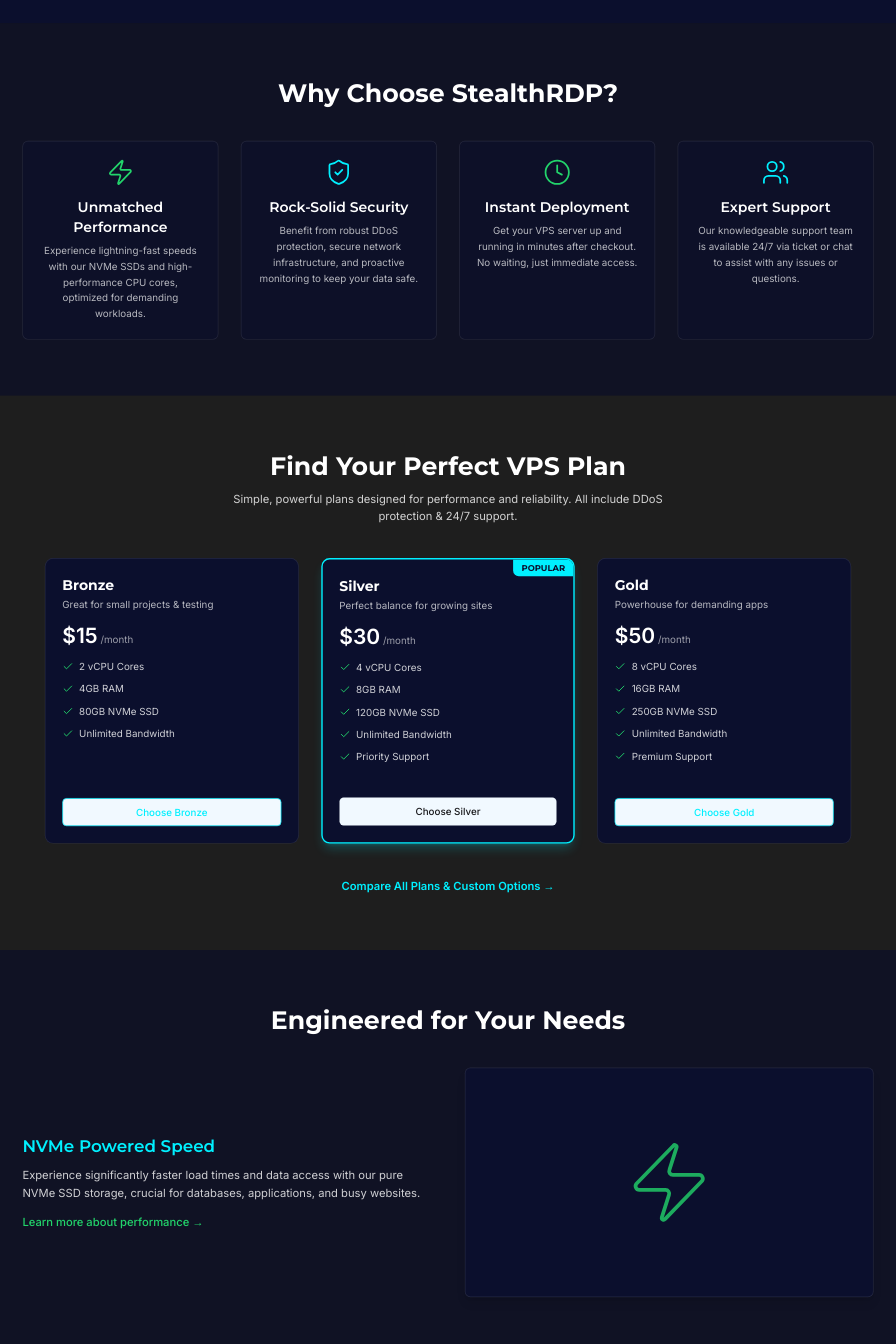
Repository: Husnainn01/stealthrdp2
Page: /
These files come from the project's save history. The page is drawn as it stood at one moment and after the next save; the edit follows.
The browser window is 1280 px wide. The pictures show the part of the page from y = 643 to 2563 px (the page is 4176 px tall), at 70% of full size.
The project was rebuilt for these pictures with package versions that can differ from the ones it lists, and the page was loaded fresh each time. Also part of the build but not shown: vite.config.ts, src/components/ui/tooltip.tsx, src/components/ui/accordion.tsx, src/pages/FAQ.tsx, src/components/ui/card.tsx, src/components/ui/tabs.tsx, src/pages/Plans.tsx, src/pages/Features.tsx and 1 more.

Above is the page before, as saved 2025-05-05 23:20:19.

### index.html
<!DOCTYPE html>
<html lang="en">
  <head>
    <meta charset="UTF-8" />
    <meta name="viewport" content="width=device-width, initial-scale=1.0" />
    <title>stealth-digital-revamp</title>
    <meta name="description" content="Lovable Generated Project" />
    <meta name="author" content="Lovable" />

    <meta property="og:title" content="stealth-digital-revamp" />
    <meta property="og:description" content="Lovable Generated Project" />
    <meta property="og:type" content="website" />
    <meta property="og:image" content="https://lovable.dev/opengraph-image-p98pqg.png" />

    <meta name="twitter:card" content="summary_large_image" />
    <meta name="twitter:site" content="@lovable_dev" />
    <meta name="twitter:image" content="https://lovable.dev/opengraph-image-p98pqg.png" />
  </head>

  <body>
    <div id="root"></div>
    <!-- IMPORTANT: DO NOT REMOVE THIS SCRIPT TAG OR THIS VERY COMMENT! -->
    <script src="https://cdn.gpteng.co/gptengineer.js" type="module"></script>
    <script type="module" src="/src/main.tsx"></script>

    <!--Start of Tawk.to Script-->
    <script type="text/javascript">
    var Tawk_API=Tawk_API||{}, Tawk_LoadStart=new Date();
    (function(){
    var s1=document.createElement("script"),s0=document.getElementsByTagName("script")[0];
    s1.async=true;
    s1.src='https://embed.tawk.to/67aadec4825083258e1318e0/1ijpnccj4';
    s1.charset='UTF-8';
    s1.setAttribute('crossorigin','*');
    s0.parentNode.insertBefore(s1,s0);
    })();
    </script>
    <!--End of Tawk.to Script-->
  </body>
</html>

### src/components/ui/toaster.tsx
import { useToast } from "@/hooks/use-toast"
import {
  Toast,
  ToastClose,
  ToastDescription,
  ToastProvider,
  ToastTitle,
  ToastViewport,
} from "@/components/ui/toast"

export function Toaster() {
  const { toasts } = useToast()

  return (
    <ToastProvider>
      {toasts.map(function ({ id, title, description, action, ...props }) {
        return (
          <Toast key={id} {...props}>
            <div className="grid gap-1">
              {title && <ToastTitle>{title}</ToastTitle>}
              {description && (
                <ToastDescription>{description}</ToastDescription>
              )}
            </div>
            {action}
            <ToastClose />
          </Toast>
        )
      })}
      <ToastViewport />
    </ToastProvider>
  )
}

### src/components/ui/sonner.tsx
import { useTheme } from "next-themes"
import { Toaster as Sonner, toast } from "sonner"

type ToasterProps = React.ComponentProps<typeof Sonner>

const Toaster = ({ ...props }: ToasterProps) => {
  const { theme = "system" } = useTheme()

  return (
    <Sonner
      theme={theme as ToasterProps["theme"]}
      className="toaster group"
      toastOptions={{
        classNames: {
          toast:
            "group toast group-[.toaster]:bg-background group-[.toaster]:text-foreground group-[.toaster]:border-border group-[.toaster]:shadow-lg",
          description: "group-[.toast]:text-muted-foreground",
          actionButton:
            "group-[.toast]:bg-primary group-[.toast]:text-primary-foreground",
          cancelButton:
            "group-[.toast]:bg-muted group-[.toast]:text-muted-foreground",
        },
      }}
      {...props}
    />
  )
}

export { Toaster, toast }

### src/components/ScrollToTop.tsx
import { useEffect } from 'react';
import { useLocation } from 'react-router-dom';

// This component scrolls to the top of the page when the route changes
const ScrollToTop = () => {
  const { pathname } = useLocation();

  useEffect(() => {
    // Scroll to top with smooth behavior
    window.scrollTo({
      top: 0,
      left: 0,
      behavior: 'smooth'
    });
  }, [pathname]);

  return null; // This component doesn't render anything
};

export default ScrollToTop;

### src/pages/Index.tsx
import React from 'react';
import { Link } from 'react-router-dom';
import Layout from '@/components/Layout';
import { Button } from '@/components/ui/button';
import { Check, Zap, ShieldCheck, Clock, Users } from 'lucide-react';

const Index = () => {
  return (
    <Layout>
      {/* 1. Hero Section */}
      <section className="pt-24 pb-16 md:pt-32 md:pb-24 relative overflow-hidden bg-gradient-to-b from-charcoal to-midnight">
        <div className="absolute inset-0 z-0 opacity-30 bg-[radial-gradient(#22D46B1A_1px,transparent_1px)] [background-size:24px_24px]"></div>
        <div className="container relative z-10">
          <div className="max-w-4xl mx-auto text-center">
            <h1 className="text-4xl md:text-5xl lg:text-6xl font-bold font-montserrat mb-6 text-electric fade-in">
              Blazing-Fast & Secure VPS Hosting
            </h1>
            <p className="text-white/80 text-lg md:text-xl mb-8 fade-in" style={{ animationDelay: '0.2s' }}>
              Get instant server deployment, NVMe SSD speed, robust DDoS protection, and expert 24/7 support.
            </p>
            <div className="flex flex-col sm:flex-row justify-center gap-4 mb-6 fade-in" style={{ animationDelay: '0.4s' }}>
              <Button asChild size="lg" className="bg-cyber text-midnight hover:bg-cyber/90 font-bold uppercase text-base px-8 py-3">
                <Link to="/plans">Deploy Your Server Now</Link>
              </Button>
              <Button asChild variant="outline" size="lg" className="border-electric text-electric hover:bg-electric/10 text-base px-8 py-3">
                <Link to="/plans">Compare Plans</Link>
              </Button>
            </div>
            {/* Trust Signals */}
            <div className="flex justify-center items-center gap-4 md:gap-6 text-white/60 text-sm fade-in" style={{ animationDelay: '0.6s' }}>
              <span className="flex items-center gap-1.5"><Check size={16} /> Instant Setup</span>
              <span className="flex items-center gap-1.5"><ShieldCheck size={16} /> 99.9% Uptime</span>
              <span className="flex items-center gap-1.5"><Users size={16} /> 24/7 Support</span>
            </div>
          </div>
        </div>
      </section>

      {/* 2. Trust/Client Logo Bar */}
      <section className="py-8 bg-midnight">
        <div className="container">
          <p className="text-center text-white/50 text-sm font-montserrat uppercase tracking-wider mb-6">Powering Businesses Worldwide</p>
          <div className="grid grid-cols-3 md:grid-cols-6 gap-8 items-center max-w-4xl mx-auto">
            {[1, 2, 3, 4, 5, 6].map((i) => (
              <div key={i} className="flex justify-center">
                <span className="font-montserrat text-white/50 text-sm md:text-base opacity-70 hover:opacity-100 transition-opacity">
                  Client {i}
                </span>
              </div>
            ))}
          </div>
        </div>
      </section>

      {/* 3. Key Differentiators/Why Us? */}
      <section className="bg-charcoal py-16 md:py-20">
        <div className="container">
          <h2 className="text-3xl md:text-4xl font-bold font-montserrat text-center mb-12 text-white">
            Why Choose StealthRDP?
          </h2>
          <div className="grid grid-cols-1 md:grid-cols-2 lg:grid-cols-4 gap-8">
            {/* Feature 1: Performance */}
            <div className="text-center p-6 rounded-lg bg-midnight/50 border border-white/10 card-hover">
              <Zap className="h-10 w-10 text-cyber mx-auto mb-4" strokeWidth={1.5} />
              <h3 className="text-xl font-semibold font-montserrat text-white mb-2">Unmatched Performance</h3>
              <p className="text-white/70 text-sm leading-relaxed">
                Experience lightning-fast speeds with our NVMe SSDs and high-performance CPU cores, optimized for demanding workloads.
              </p>
            </div>
            {/* Feature 2: Security */}
            <div className="text-center p-6 rounded-lg bg-midnight/50 border border-white/10 card-hover">
              <ShieldCheck className="h-10 w-10 text-electric mx-auto mb-4" strokeWidth={1.5} />
              <h3 className="text-xl font-semibold font-montserrat text-white mb-2">Rock-Solid Security</h3>
              <p className="text-white/70 text-sm leading-relaxed">
                Benefit from robust DDoS protection, secure network infrastructure, and proactive monitoring to keep your data safe.
              </p>
            </div>
            {/* Feature 3: Deployment */}
            <div className="text-center p-6 rounded-lg bg-midnight/50 border border-white/10 card-hover">
              <Clock className="h-10 w-10 text-cyber mx-auto mb-4" strokeWidth={1.5} />
              <h3 className="text-xl font-semibold font-montserrat text-white mb-2">Instant Deployment</h3>
              <p className="text-white/70 text-sm leading-relaxed">
                Get your VPS server up and running in minutes after checkout. No waiting, just immediate access.
              </p>
            </div>
            {/* Feature 4: Support */}
            <div className="text-center p-6 rounded-lg bg-midnight/50 border border-white/10 card-hover">
              <Users className="h-10 w-10 text-electric mx-auto mb-4" strokeWidth={1.5} />
              <h3 className="text-xl font-semibold font-montserrat text-white mb-2">Expert Support</h3>
              <p className="text-white/70 text-sm leading-relaxed">
                Our knowledgeable support team is available 24/7 via ticket or chat to assist with any issues or questions.
              </p>
            </div>
          </div>
        </div>
      </section>

      {/* 4. Simplified Plans Preview */}
      <section className="py-16 md:py-20 bg-steel">
        <div className="container">
          <div className="text-center mb-12">
            <h2 className="text-3xl md:text-4xl font-bold font-montserrat mb-4 text-white">
              Find Your Perfect VPS Plan
            </h2>
            <p className="text-white/80 max-w-2xl mx-auto">
              Simple, powerful plans designed for performance and reliability. All include DDoS protection & 24/7 support.
            </p>
          </div>

          <div className="grid grid-cols-1 md:grid-cols-3 gap-8 max-w-6xl mx-auto">
            {/* Plan 1: Bronze */}
            <div className="bg-midnight border border-white/10 rounded-xl overflow-hidden card-hover flex flex-col">
              <div className="p-6 flex-grow">
                <h3 className="text-xl font-bold font-montserrat text-white mb-1">Bronze</h3>
                <p className="text-white/70 text-sm mb-4">Great for small projects & testing</p>
                <div className="flex items-baseline mb-4">
                  <span className="text-3xl font-bold text-white">$15</span>
                  <span className="text-white/60 ml-1 text-sm">/month</span>
                </div>
                <ul className="space-y-3 mb-6 text-sm">
                  <li className="flex items-center gap-2"><Check className="h-4 w-4 text-cyber flex-shrink-0" /><span className="text-white/80">2 vCPU Cores</span></li>
                  <li className="flex items-center gap-2"><Check className="h-4 w-4 text-cyber flex-shrink-0" /><span className="text-white/80">4GB RAM</span></li>
                  <li className="flex items-center gap-2"><Check className="h-4 w-4 text-cyber flex-shrink-0" /><span className="text-white/80">80GB NVMe SSD</span></li>
                  <li className="flex items-center gap-2"><Check className="h-4 w-4 text-cyber flex-shrink-0" /><span className="text-white/80">Unlimited Bandwidth</span></li>
                </ul>
              </div>
              <div className="p-6 pt-0">
                 <Button asChild className="w-full border border-electric text-electric hover:bg-electric/10 transition-colors">
                   <Link to="/plans?plan=bronze">Choose Bronze</Link>
                 </Button>
              </div>
            </div>

            {/* Plan 2: Silver (Popular) */}
            <div className="bg-midnight border-2 border-electric rounded-xl overflow-hidden relative card-hover shadow-lg shadow-electric/20 flex flex-col">
              <div className="absolute top-0 right-0 bg-electric text-midnight px-3 py-1 text-xs font-bold font-montserrat rounded-bl-lg z-10">
                POPULAR
              </div>
              <div className="p-6 flex-grow">
                <h3 className="text-xl font-bold font-montserrat text-white mb-1">Silver</h3>
                <p className="text-white/70 text-sm mb-4">Perfect balance for growing sites</p>
                <div className="flex items-baseline mb-4">
                  <span className="text-3xl font-bold text-white">$30</span>
                  <span className="text-white/60 ml-1 text-sm">/month</span>
                </div>
                <ul className="space-y-3 mb-6 text-sm">
                  <li className="flex items-center gap-2"><Check className="h-4 w-4 text-cyber flex-shrink-0" /><span className="text-white/80">4 vCPU Cores</span></li>
                  <li className="flex items-center gap-2"><Check className="h-4 w-4 text-cyber flex-shrink-0" /><span className="text-white/80">8GB RAM</span></li>
                  <li className="flex items-center gap-2"><Check className="h-4 w-4 text-cyber flex-shrink-0" /><span className="text-white/80">120GB NVMe SSD</span></li>
                  <li className="flex items-center gap-2"><Check className="h-4 w-4 text-cyber flex-shrink-0" /><span className="text-white/80">Unlimited Bandwidth</span></li>
                  <li className="flex items-center gap-2"><Check className="h-4 w-4 text-cyber flex-shrink-0" /><span className="text-white/80">Priority Support</span></li>
                </ul>
              </div>
              <div className="p-6 pt-0">
                 <Button asChild className="w-full btn-electric">
                   <Link to="/plans?plan=silver">Choose Silver</Link>
                 </Button>
              </div>
            </div>

            {/* Plan 3: Gold */}
            <div className="bg-midnight border border-white/10 rounded-xl overflow-hidden card-hover flex flex-col">
              <div className="p-6 flex-grow">
                <h3 className="text-xl font-bold font-montserrat text-white mb-1">Gold</h3>
                <p className="text-white/70 text-sm mb-4">Powerhouse for demanding apps</p>
                <div className="flex items-baseline mb-4">
                  <span className="text-3xl font-bold text-white">$50</span>
                  <span className="text-white/60 ml-1 text-sm">/month</span>
                </div>
                <ul className="space-y-3 mb-6 text-sm">
                  <li className="flex items-center gap-2"><Check className="h-4 w-4 text-cyber flex-shrink-0" /><span className="text-white/80">8 vCPU Cores</span></li>
                  <li className="flex items-center gap-2"><Check className="h-4 w-4 text-cyber flex-shrink-0" /><span className="text-white/80">16GB RAM</span></li>
                  <li className="flex items-center gap-2"><Check className="h-4 w-4 text-cyber flex-shrink-0" /><span className="text-white/80">250GB NVMe SSD</span></li>
                  <li className="flex items-center gap-2"><Check className="h-4 w-4 text-cyber flex-shrink-0" /><span className="text-white/80">Unlimited Bandwidth</span></li>
                  <li className="flex items-center gap-2"><Check className="h-4 w-4 text-cyber flex-shrink-0" /><span className="text-white/80">Premium Support</span></li>
                </ul>
              </div>
              <div className="p-6 pt-0">
                 <Button asChild className="w-full border border-electric text-electric hover:bg-electric/10 transition-colors">
                   <Link to="/plans?plan=gold">Choose Gold</Link>
                 </Button>
              </div>
            </div>
          </div>

          <div className="text-center mt-12">
            <Link to="/plans" className="text-electric hover:underline font-semibold">
              Compare All Plans & Custom Options →
            </Link>
          </div>
        </div>
      </section>

      {/* NEW: Detailed Features / Use Cases Section */}
      <section className="py-16 md:py-20 bg-charcoal">
        <div className="container">
          <h2 className="text-3xl md:text-4xl font-bold font-montserrat text-center mb-12 text-white">
            Engineered for Your Needs
          </h2>

          {/* Feature Row 1: Performance */}
          <div className="grid grid-cols-1 md:grid-cols-2 gap-12 items-center mb-16 md:mb-24">
            <div className="md:order-2 flex justify-center items-center p-8 bg-midnight rounded-lg aspect-video border border-white/10 shadow-lg">
              <Zap className="h-24 w-24 md:h-32 md:w-32 text-cyber opacity-80" strokeWidth={1} />
            </div>
            <div className="md:order-1">
              <h3 className="text-2xl font-semibold font-montserrat text-electric mb-3">NVMe Powered Speed</h3>
              <p className="text-white/80 leading-relaxed mb-4">
                Experience significantly faster load times and data access with our pure NVMe SSD storage, crucial for databases, applications, and busy websites.
              </p>
              <Link to="/features#performance" className="text-cyber font-medium hover:underline">Learn more about performance →</Link>
            </div>
          </div>

          {/* Feature Row 2: Security */}
          <div className="grid grid-cols-1 md:grid-cols-2 gap-12 items-center">
            <div className="flex justify-center items-center p-8 bg-midnight rounded-lg aspect-video border border-white/10 shadow-lg">
              <ShieldCheck className="h-24 w-24 md:h-32 md:w-32 text-electric opacity-80" strokeWidth={1} />
            </div>
            <div>
              <h3 className="text-2xl font-semibold font-montserrat text-electric mb-3">Advanced DDoS Mitigation</h3>
              <p className="text-white/80 leading-relaxed mb-4">
                Our multi-layered DDoS protection safeguards your server from attacks, ensuring high availability and uninterrupted service for your critical applications.
              </p>
              <Link to="/features#security" className="text-cyber font-medium hover:underline">Explore security features →</Link>
            </div>
          </div>

        </div>
      </section>

      {/* 5. Social Proof (Testimonial) */}
      <section className="py-16 md:py-20 bg-midnight">
         <div className="container">
           <div className="bg-charcoal rounded-lg p-8 md:p-12 max-w-4xl mx-auto text-center shadow-xl border border-white/10">
             <svg xmlns="http://www.w3.org/2000/svg" className="h-10 w-10 text-electric mx-auto mb-5" fill="none" viewBox="0 0 24 24" stroke="currentColor" strokeWidth={1.5}>
               <path strokeLinecap="round" strokeLinejoin="round" d="M7.5 8.25h9m-9 3H12m-9.75 1.51c0 1.6 1.123 2.994 2.707 3.227 1.129.166 2.27.293 3.423.379.35.026.67.21.865.501L12 21l2.755-2.13a1.14 1.14 0 01.865-.501 48.172 48.172 0 003.423-.379c1.584-.233 2.707-1.626 2.707-3.228V6.741c0-1.602-1.123-2.995-2.707-3.228A48.394 48.394 0 0012 3c-2.392 0-4.744.175-7.043.513C3.373 3.746 2.25 5.14 2.25 6.741v6.018z" />
             </svg>
             <p className="text-xl md:text-2xl text-white/90 italic leading-relaxed mb-6">
               "Switching to StealthRDP cut our application load times in half. The performance is outstanding, and their support team resolved a complex issue for us within minutes. Highly recommended!"
             </p>
             <p className="font-semibold text-white font-montserrat text-lg">
               - Alex Johnson, Infrastructure Lead at Innovate Solutions
             </p>
           </div>
         </div>
       </section>

      {/* 7. Final Call to Action */}
      <section className="py-16 md:py-20 bg-gradient-to-t from-charcoal to-midnight">
        <div className="container">
          <div className="max-w-3xl mx-auto text-center">
            <h2 className="text-3xl md:text-4xl font-bold font-montserrat mb-4 text-electric">
              Ready for Reliable, High-Performance VPS?
            </h2>
            <p className="text-white/80 text-lg mb-8 max-w-2xl mx-auto">
              Stop worrying about downtime and performance. Deploy your secure StealthRDP server today and experience the difference.
            </p>
            <div className="flex flex-col sm:flex-row justify-center gap-4">
              <Button asChild size="lg" className="bg-cyber text-midnight hover:bg-cyber/90 font-bold uppercase text-base px-8 py-3">
                <Link to="/plans">Deploy Your Server Now</Link>
              </Button>
              <Button asChild variant="outline" size="lg" className="border-electric text-electric hover:bg-electric/10 text-base px-8 py-3">
                 <a href="https://stealthrdp.com/dash/submitticket.php" target="_blank" rel="noopener noreferrer">Contact Support</a>
              </Button>
            </div>
          </div>
        </div>
      </section>
    </Layout>
  );
};

export default Index;

### src/components/Layout.tsx

import React from 'react';
import Navbar from './Navbar';
import Footer from './Footer';

interface LayoutProps {
  children: React.ReactNode;
}

const Layout: React.FC<LayoutProps> = ({ children }) => {
  return (
    <div className="flex flex-col min-h-screen">
      <Navbar />
      <main className="flex-grow">{children}</main>
      <Footer />
    </div>
  );
};

export default Layout;

### src/components/ui/button.tsx
import * as React from "react"
import { Slot } from "@radix-ui/react-slot"
import { cn } from "@/lib/utils"
import { buttonVariants, type ButtonProps } from "@/lib/ui-utils/button-variants"

const Button = React.forwardRef<HTMLButtonElement, ButtonProps>(
  ({ className, variant, size, asChild = false, ...props }, ref) => {
    const Comp = asChild ? Slot : "button"
    return (
      <Comp
        className={cn(buttonVariants({ variant, size, className }))}
        ref={ref}
        {...props}
      />
    )
  }
)
Button.displayName = "Button"

export { Button }

Loaded but not shown: src/main.tsx (common file); src/hooks/use-toast.ts (common file); src/lib/utils.ts (common file); src/components/Footer.tsx (83 lines, source omitted); src/components/ui/toast.tsx (127 lines, source omitted); src/components/Navbar.tsx (133 lines, source omitted); tailwind.config.ts (110 lines, source omitted); src/index.css (70 lines, source omitted); src/lib/ui-utils/button-variants.ts (36 lines, source omitted); src/App.tsx (35 lines, source omitted)

After the next save:
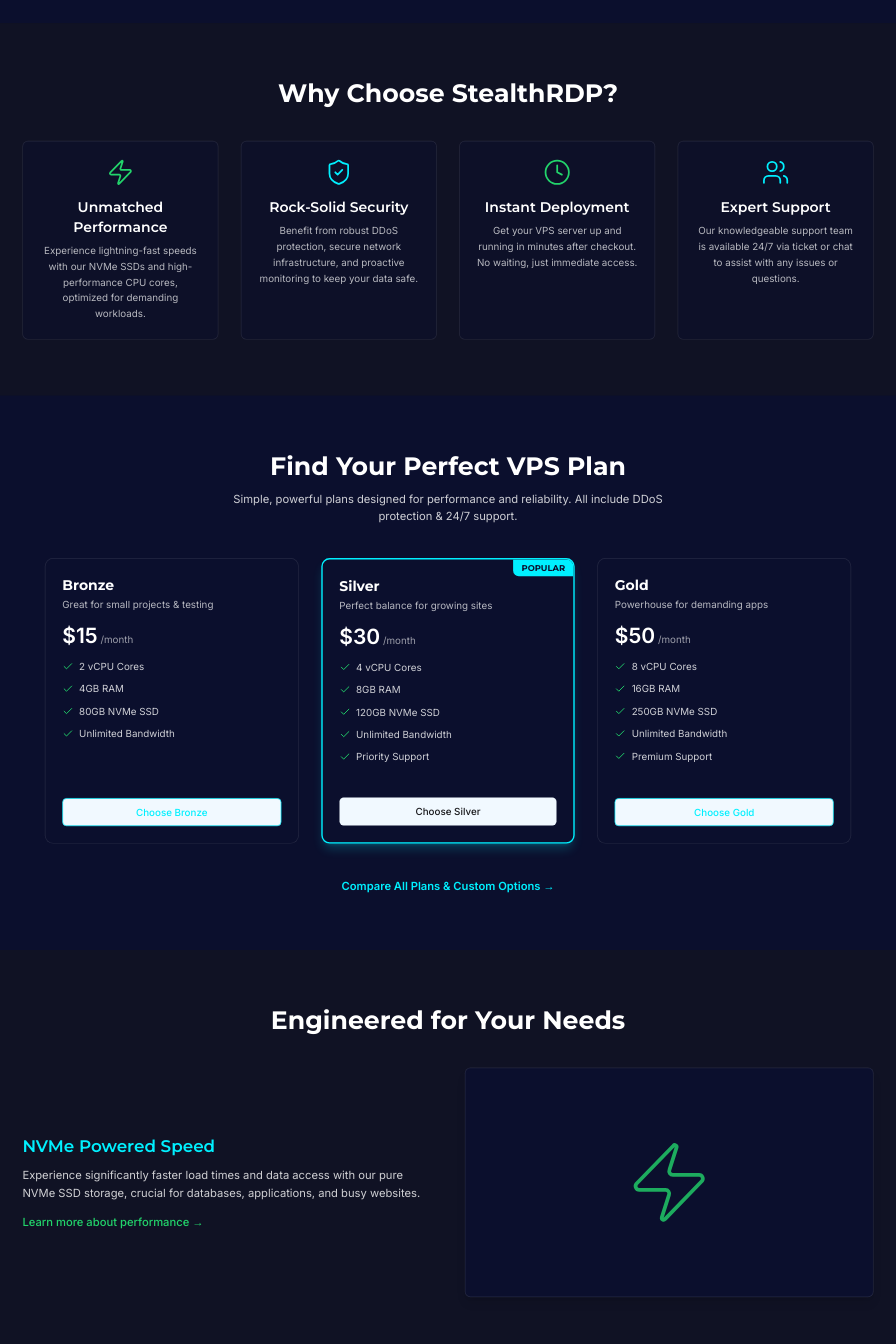
Saved 102 s later.
--- a/src/pages/Index.tsx
+++ b/src/pages/Index.tsx
@@ -96,7 +96,7 @@
       </section>
 
       {/* 4. Simplified Plans Preview */}
-      <section className="py-16 md:py-20 bg-steel">
+      <section className="py-16 md:py-20 bg-midnight">
         <div className="container">
           <div className="text-center mb-12">
             <h2 className="text-3xl md:text-4xl font-bold font-montserrat mb-4 text-white">
